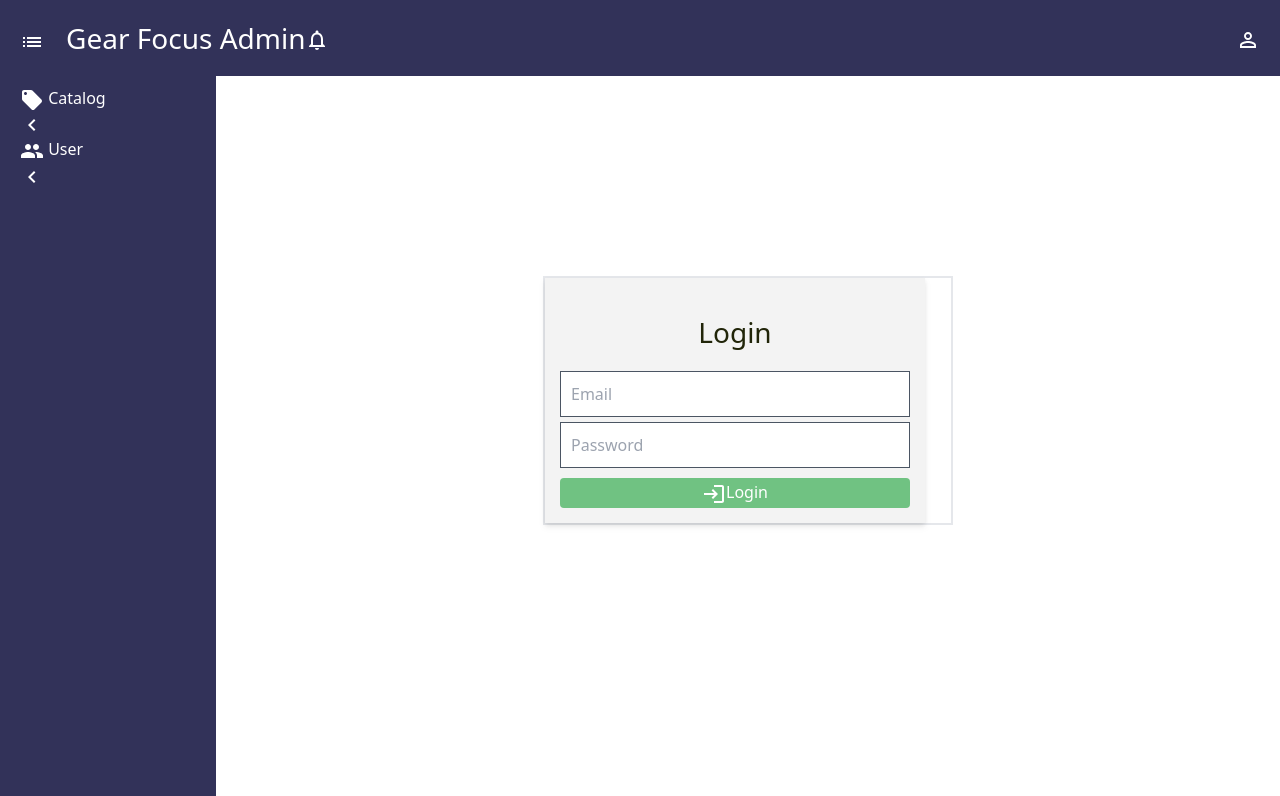
Repository: Kiendz3202/projectFinalPGS
Page: /
The author's editor kept a copy of each file at every save. The page is drawn from the files as they stood at one save, then again after the next save.
The browser window is 1280 px wide. The pictures show the whole page.
The project was rebuilt for these pictures with package versions that can differ from the ones it lists, and the page was loaded fresh each time. Also part of the build but not shown: src/App.css, src/pages/HomePage.tsx, src/ProtectedRoute.tsx.

Above is the page before, as saved 2022-03-07 23:03:31.

### src/index.tsx
import React from 'react';
import ReactDOM from 'react-dom';
import './index.css';
import App from './App';
import { BrowserRouter} from 'react-router-dom'

ReactDOM.render(
  <BrowserRouter>
    <App />
  </BrowserRouter>,
  document.getElementById('root')
);

### src/App.tsx
import React, { Fragment } from 'react';
import logo from './logo.svg';
import './App.css';
import LoginPage from './pages/LoginPage';
import Router from './Router';
import Header from './components/header/Header';
import Navbar from './components/navbar/Navbar';

function App() {
  return (
    <Fragment>
    <Header />
    <div className='flex w-full'>
    <Navbar />
    <Router />
    </div>
    </Fragment>
  );
}

export default App;

### src/Router.tsx
import React, { lazy } from 'react';
import { Route, Routes,BrowserRouter,Navigate } from 'react-router-dom';
import {ROUTES} from './config/Routes'
import ProtectedRoute from './ProtectedRoute';
import { Suspense } from 'react';


const HomePage = lazy(() => import('./pages/HomePage'));
const LoginPage = lazy(() => import('./pages/LoginPage'));

interface Props {}

const Router = (props: Props) => {

  return (
    <Suspense fallback={<div>Loading.....</div>}>
      <Routes>
        <Route path={ROUTES.login} element={<LoginPage />} />
        <Route path={ROUTES.home} element={<ProtectedRoute />} />
        <Route path="/" element={<Navigate to={ROUTES.login} />} />
      </Routes>
    </Suspense>
  );
};

export default Router

### src/components/header/Header.tsx
import React from 'react'
import ListIcon from '@mui/icons-material/List';
import NotificationsNoneIcon from '@mui/icons-material/NotificationsNone';
import PersonOutlineIcon from '@mui/icons-material/PersonOutline';

function Header() {
  return (
    <div className='w-full p-[20px] bg-[#323259] text-white'>
        <div className='w-full flex justify-between h-[36px] '>
        <div className='leading-[36px]'>
            <ul className='flex'>
                <li className='text-[28px] mr-[22px]'><ListIcon /></li>
                <li className='text-[28px]'>Gear Focus Admin</li>
                <li className=' text-[20px]'><NotificationsNoneIcon /></li>
            </ul>
        </div>
        <div className='leading-[36px]'>
            <PersonOutlineIcon />
        </div>
        </div>
    </div>
  )
}

export default Header

### src/components/navbar/Navbar.tsx
import React from 'react'
import GroupIcon from '@mui/icons-material/Group';
import LocalOfferIcon from '@mui/icons-material/LocalOffer';
import ChevronLeftIcon from '@mui/icons-material/ChevronLeft';

function Navbar() {
  return (
    <div className=' w-[216px] max-w-[216px] px-[20px] py-[10px] h-screen bg-[#323259] text-white'>
        <ul>
            <div>
                <li><LocalOfferIcon /> Catalog</li>
                <li><ChevronLeftIcon /></li>
            </div>
            <div>
                <li><GroupIcon /> User</li>
                <li><ChevronLeftIcon /></li>
            </div>
        </ul>
    </div>
  )
}

export default Navbar

### src/config/Routes.tsx
export const ROUTES = {
    home:'/home',
    login:'/login'
}

### src/pages/LoginPage.tsx
import React,{useState} from 'react'
import { useNavigate } from 'react-router-dom';
import { ILoginValidation } from '../components/auth/auth'
import Login from '../components/auth/Login'


function LoginPage() {
    const [loading, setLoading] = useState(false);
    const [errorMessage, setErrorMessage] = useState('');
    const navigate = useNavigate()
    const onLogin = async (value:ILoginValidation) =>{
      try{
        const response = await fetch('https://api.gearfocus.div4.pgtest.co/api/authentication/login',{
        method:'POST',
        headers:{
          'Content-Type': 'application/json'
        },
        body:JSON.stringify({
          email:value.email,
          password:value.password
        })
      })
      if(!response){
        throw new Error('something wrong')
        return;
      }
      // console.log(response)
        sessionStorage.setItem("statusText",response.statusText)
        navigate('/home')
      }catch(errorMessage){
        console.warn(errorMessage)
      }
    }

    return (
        <Login onLogin={onLogin} loading={loading} errorMessage={errorMessage} />
    )
}

export default LoginPage

### src/components/auth/Login.tsx
import React, { useState } from 'react'
import LoginIcon from '@mui/icons-material/Login';
import { ILoginValidation } from './auth';
import ValidateLoginForm from './ValidateLoginForm';

interface Props{
    onLogin(value:ILoginValidation):void;
    loading:boolean;
    errorMessage:string
}

const InvalidEmailWarn = () => {
    return <p>InValid email address</p>
}
const InvalidPasswordWarn = () => {
    return <p>Invalid password. Password must be at least 6 characters long, and capital letter at the beginning.</p>
}

function Login(props:Props) {
    const {onLogin,loading,errorMessage} = props;
    const [formValue,setFormValue] = useState({email:'',password:''})
    const [isValidated,setIsValidated] = useState({email:'',password:''})
    const [email,setEmail] = useState('');
    const [password,setPassword] = useState('');
    // const onSubmit = React.useCallback((e: React.FormEvent<HTMLElement>) =>{
        // e.preventDefault();
        // setIsValidated(ValidateLoginForm(formValue));
        // if(isValidated.email && isValidated.password){
        //     onLogin(formValue);
        // }else{
        //     return;
        // }
        // console.log(isValidated)
            // onLogin(formValue))
    // }
    const valid = (value:ILoginValidation) =>{
        if(value.email === '' && value.password === ''){
            return true
        }else{
            return false
        }
    }
    const onSubmit = React.useCallback(() => {
        setIsValidated(ValidateLoginForm(formValue));
        console.log(ValidateLoginForm(formValue))
        console.log(valid(ValidateLoginForm(formValue)))
        if (!valid(ValidateLoginForm(formValue))) {
            return;
          }

          onLogin(formValue);

      }, [formValue, onLogin]);
    return (
        <div className=' max-w-[410px] w-full m-auto border-2 mt-[200px]'>
            <form  onSubmit={(e) => {
        e.preventDefault();
        onSubmit();
      }} className='flex flex-col w-[380px] p-[15px] bg-[#f3f3f3] drop-shadow-md'>
                <p className=' text-center text-[#212509] text-[28px] my-[18px]'>Login</p>
                <div className=' justify-center mb-[5px] '>
                    <input onChange={(e) => setFormValue({...formValue,email:e.target.value})} value={formValue.email} type="text" className='w-full p-[10px] border border-gray-600 outline-blue-300' placeholder='Email' />
                    {isValidated.email ?? <p>{isValidated.email}</p>}
                </div>
                <div className=' justify-center mb-[10px] '>
                    <input onChange={(e) => setFormValue({...formValue,password:e.target.value})} value={formValue.password} type="password" className='w-full p-[10px] border border-gray-600 outline-blue-300' placeholder='Password' />
                    {isValidated.password ?? <p>{isValidated.password}</p>}
                </div>
                <button className=' bg-[#70c282] h-[30px] rounded text-white font-medium'>
                    <LoginIcon />
                    Login
                </button>
                {errorMessage ?? <p>email or password is wrong!</p>}
            </form>
        </div>
    )
}

export default Login

### src/components/auth/ValidateLoginForm.tsx
import React from 'react'
import { ILoginValidation } from './auth';

export function ValidateEmail(email:string) {
    let isValidated = String(email)
    .toLowerCase()
    .match(
      /^(([^<>()[\]\\.,;:\s@"]+(\.[^<>()[\]\\.,;:\s@"]+)*)|(".+"))@((\[[0-9]{1,3}\.[0-9]{1,3}\.[0-9]{1,3}\.[0-9]{1,3}\])|(([a-zA-Z\-0-9]+\.)+[a-zA-Z]{2,}))$/
    )
    if(isValidated){
        return '';
    }else{
        return 'emailInvalid'
    }
}
export function ValidatePassword(password:string){
    if(password.length >= 6){
        return ''
    }else{
        return 'min length is 6 characters'
    }
}
export default function ValidateLoginForm(formValue:ILoginValidation){
    return {
        email:ValidateEmail(formValue.email),
        password:ValidatePassword(formValue.password)
    }
}

Loaded but not shown: public/index.html (common file); src/index.css (common file); tailwind.config.js (common file)

After the next save:
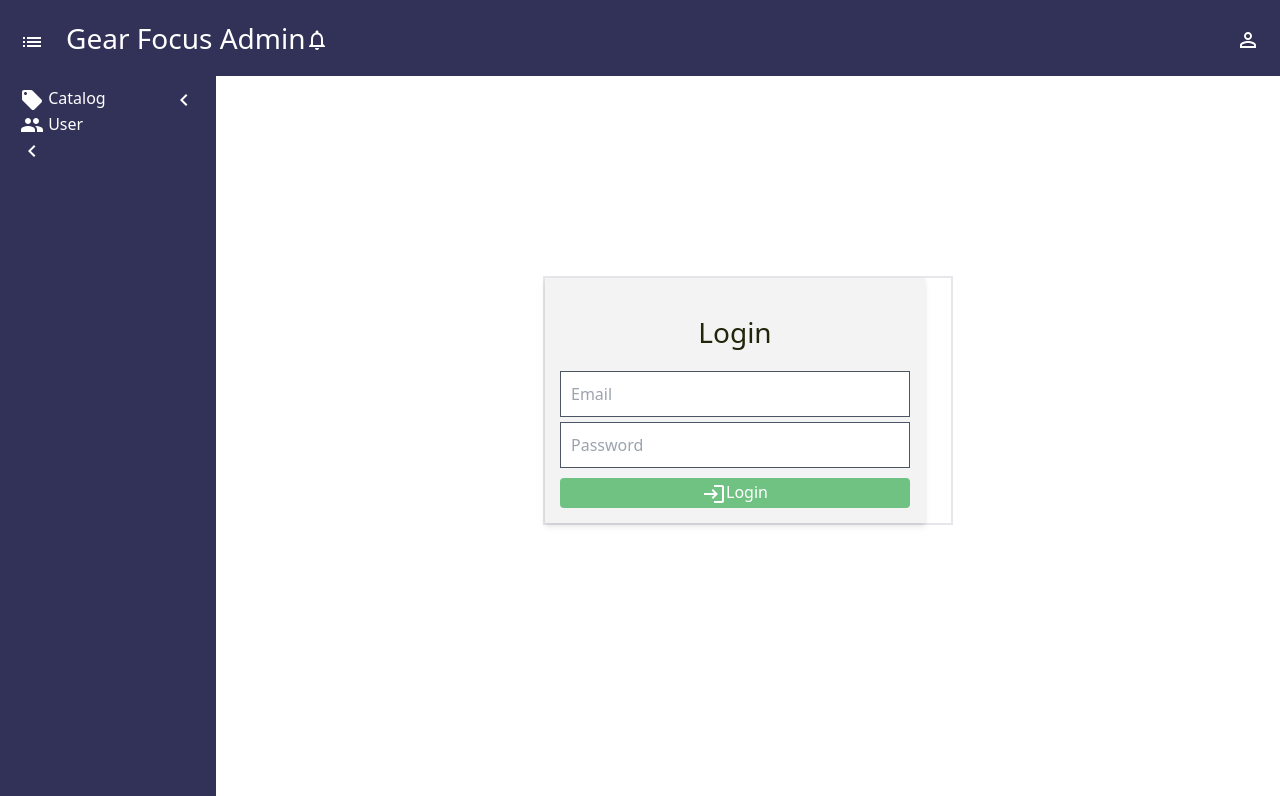
Saved 15 s later.
--- a/src/components/navbar/Navbar.tsx
+++ b/src/components/navbar/Navbar.tsx
@@ -7,7 +7,7 @@ function Navbar() {
   return (
     <div className=' w-[216px] max-w-[216px] px-[20px] py-[10px] h-screen bg-[#323259] text-white'>
         <ul>
-            <div>
+            <div className='flex justify-between'>
                 <li><LocalOfferIcon /> Catalog</li>
                 <li><ChevronLeftIcon /></li>
             </div>
